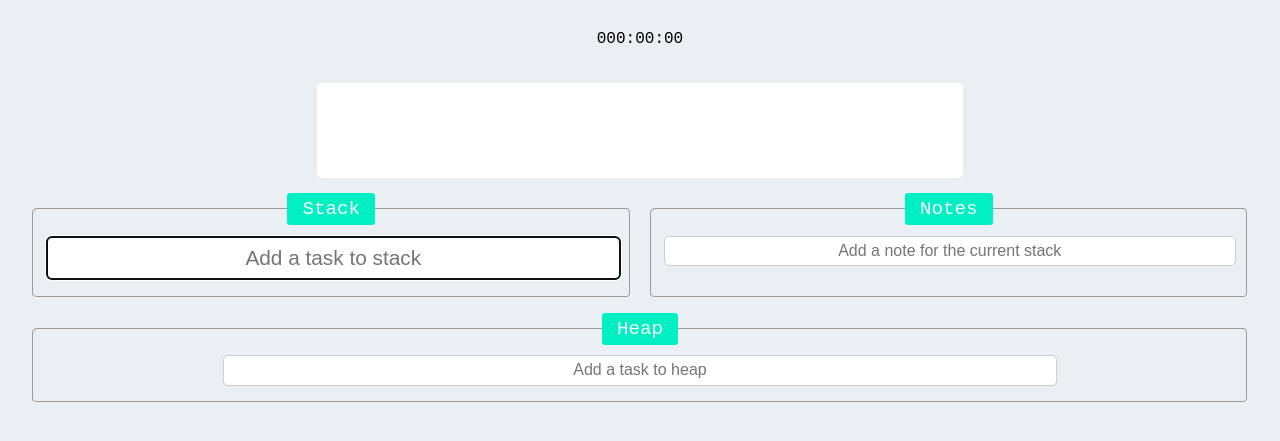
Repository: litalsh/Meeting-Managment-App
Page: /
An editor plug-in stored every save of this project. The page is shown before and after the next save, followed by the edit.
The browser window is 1280 px wide. The pictures show the whole page.
The project was rebuilt for these pictures with package versions that can differ from the ones it lists, and the page was loaded fresh each time. Also part of the build but not shown: src/components/Task/Task.css, src/components/Task/Task.js, src/components/Notes/Note.js.

Above is the page before, as saved 2021-01-11 17:46:00.

After the next save:
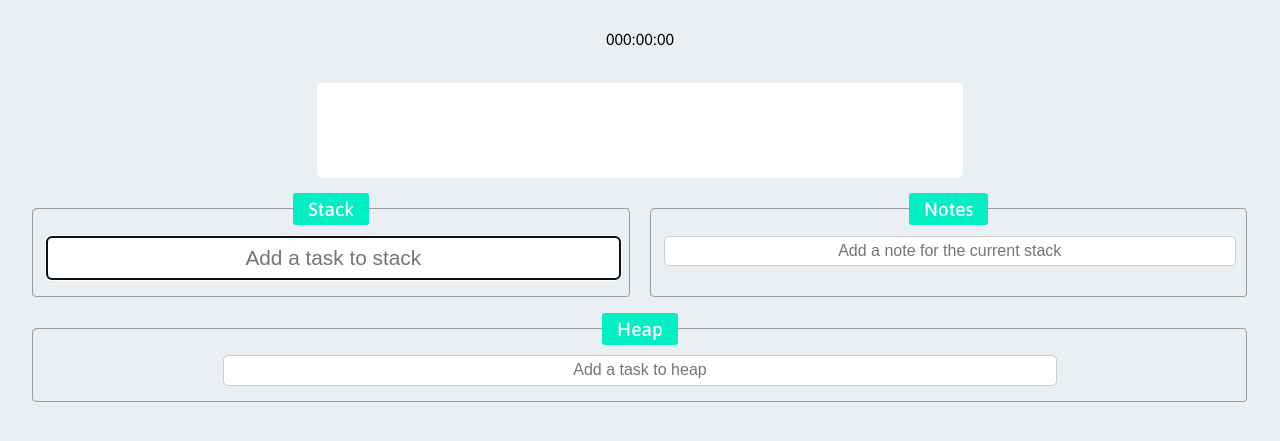
Saved 8 s later.
--- a/src/App.css
+++ b/src/App.css
@@ -2,7 +2,7 @@
 
 
 body{
-  font-family: 'Inconsolata', monospace;
+  font-family: 'Asap', sans-serif;
   background-color:  #eaeff4;
  }
 
